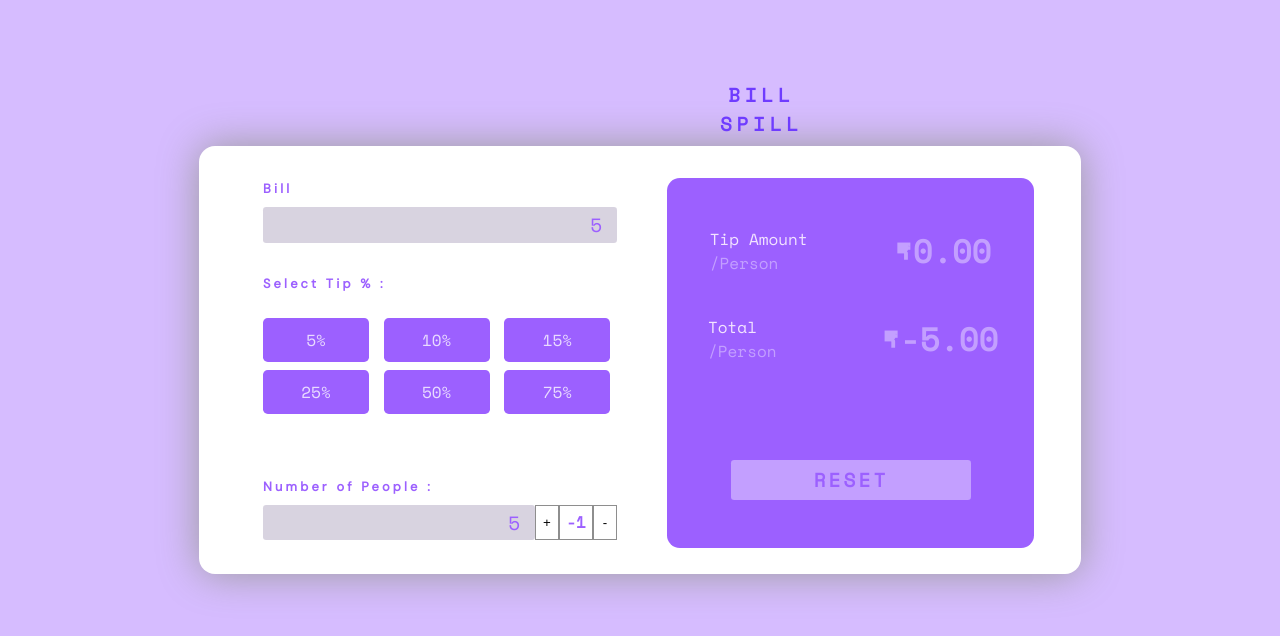
Repository: drumsmanku/micro-project-3
Page: index.html
These files come from the project's save history. The page is drawn as it stood at one moment and after the next save; the edit follows.
The browser window is 1280 px wide. The pictures show the whole page.
Empty fields were first filled with sample values (such as "Sample", 5 or name@example.com).
After loading, the first visible `#sub-people` was clicked once.

Above is the page before, as saved 2023-04-18 21:16:22.

After the next save:
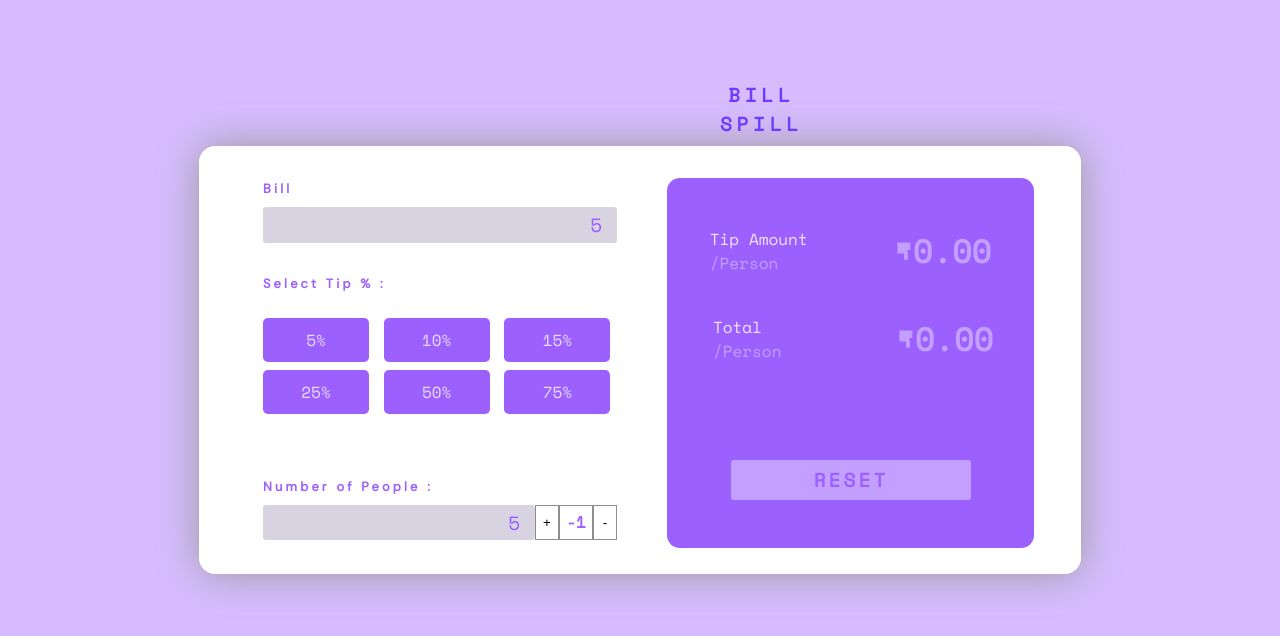
Saved 73 s later.
--- a/script.js
+++ b/script.js
@@ -137,21 +137,21 @@ function update_sub(){
   get_value_of_people();
   var fin_val2=val1-Number(1);
   document.getElementById("main-people").innerHTML=fin_val2;
-  var text1=document.getElementById("tip-per-person").innerHTML.replace("₹", "");
-  var value1=parseFloat(text1);
-  var text2 = document.getElementById("total-per-person").innerText.replace("₹", "");
-  var value2=parseFloat(text2);
-  if(fin_val2!=0 && document.getElementById("total-per-person").innerHTML!="₹0.00" && document.getElementById("tip-per-person").innerHTML!="₹0.00"){
-    value2=value2*(Number(document.getElementById("main-people").innerHTML)+1);
-    value1=value1*(Number(document.getElementById("main-people").innerHTML)+1);
-    document.getElementById("total-per-person").innerText=`₹${value2.toFixed(2)}`;
-    document.getElementById("tip-per-person").innerHTML=`₹${value1.toFixed(2)}`;
-  }
-  else{
-    bill_value_new=document.getElementById("total-bill").value
-    value2=bill_value_new*(fin_val2);
-    document.getElementById("total-per-person").innerText=`₹${value2.toFixed(2)}`
-  }
+  // var text1=document.getElementById("tip-per-person").innerHTML.replace("₹", "");
+  // var value1=parseFloat(text1);
+  // var text2 = document.getElementById("total-per-person").innerText.replace("₹", "");
+  // var value2=parseFloat(text2);
+  // if(fin_val2!=0 && document.getElementById("total-per-person").innerHTML!="₹0.00" && document.getElementById("tip-per-person").innerHTML!="₹0.00"){
+  //   value2=value2*(Number(document.getElementById("main-people").innerHTML)+1);
+  //   value1=value1*(Number(document.getElementById("main-people").innerHTML)+1);
+  //   document.getElementById("total-per-person").innerText=`₹${value2.toFixed(2)}`;
+  //   document.getElementById("tip-per-person").innerHTML=`₹${value1.toFixed(2)}`;
+  // }
+  // else{
+  //   bill_value_new=document.getElementById("total-bill").value
+  //   value2=bill_value_new*(fin_val2);
+  //   document.getElementById("total-per-person").innerText=`₹${value2.toFixed(2)}`
+  // }
 }
 
 function reset(){
